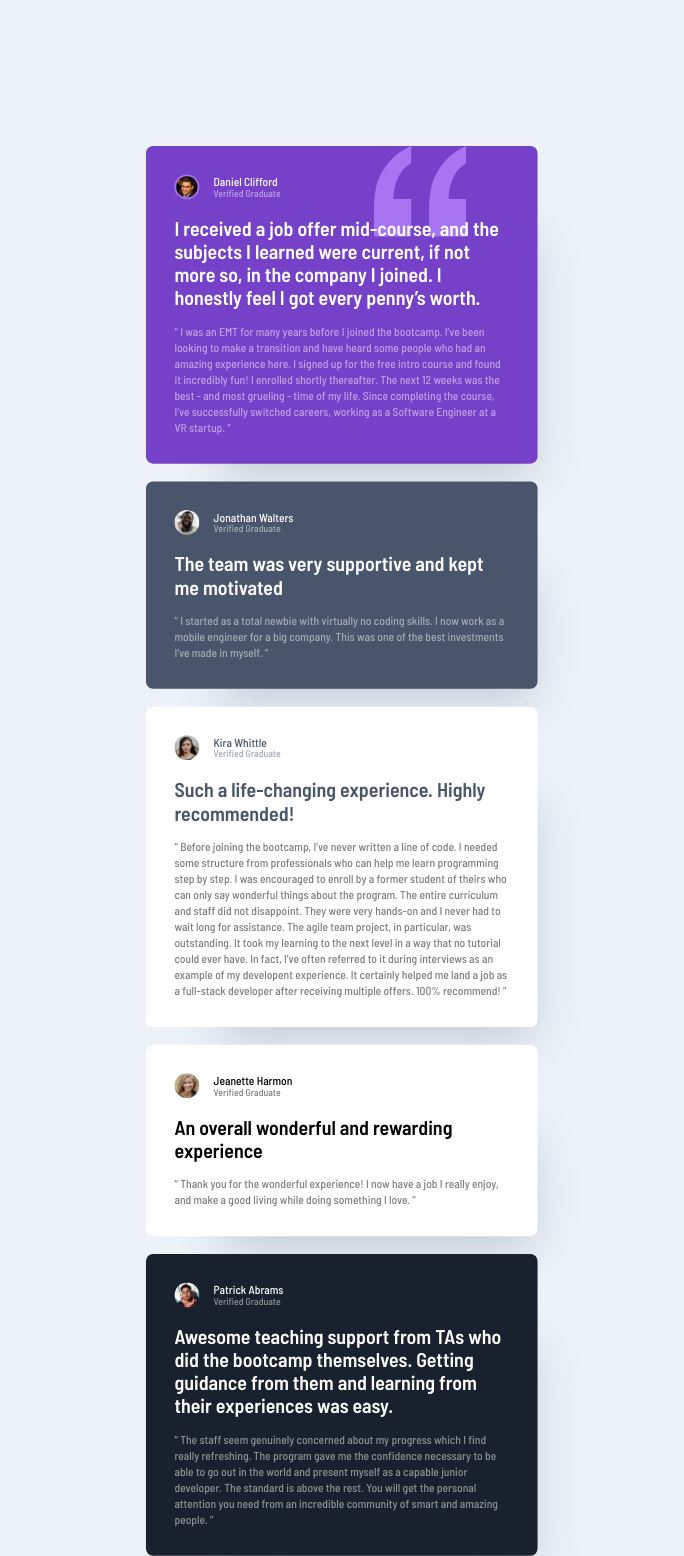
Repository: brandontaylor1/testimonial-card
Page: index.html
These files come from the project's save history. The page is drawn as it stood at one moment and after the next save; the edit follows.
The browser window is 768 px wide. The pictures show the whole page, at 89% of full size.

Above is the page before, as saved 2025-01-11 00:56:09.

After the next save:
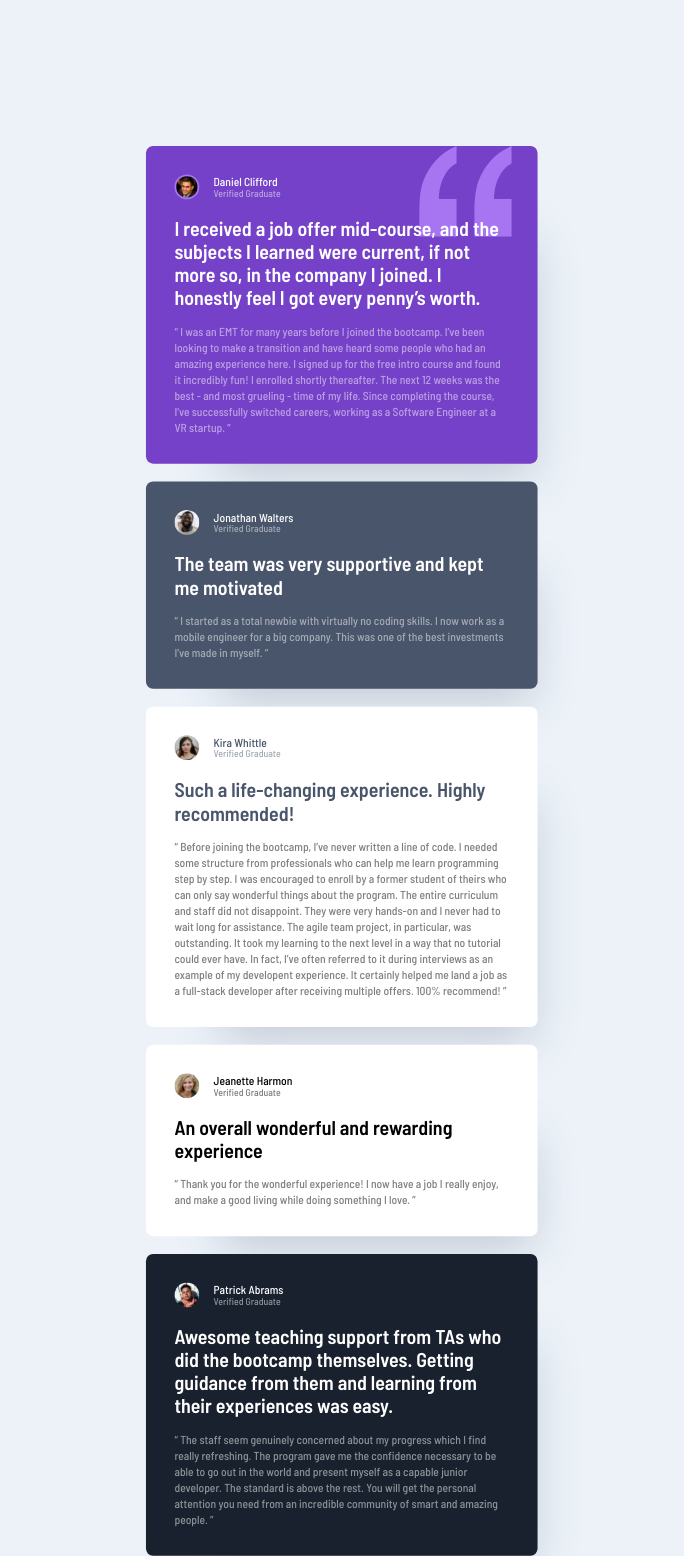
Saved 99 s later.
--- a/styles.css
+++ b/styles.css
@@ -147,11 +147,16 @@
 }
 
 
-@media screen and (max-width: 954px) {
+@media screen and (max-width: 1065px) {
     .testimonial-grid {
         width: 100%;
         grid-template-columns: repeat(2, 1fr);
         grid-template-rows: repeat(4, 1fr);
+    }
+
+    .quotation {
+        top: 0;
+        right: 1.8rem;
     }
 
     #card-1 {
